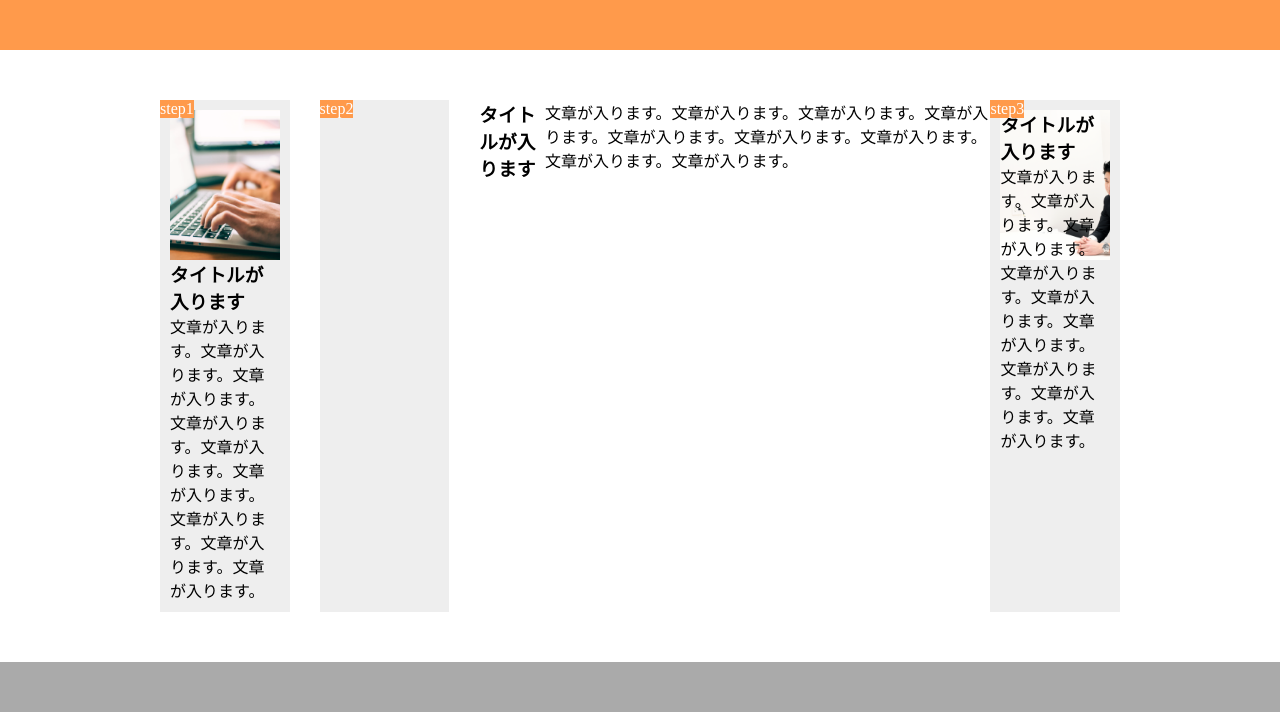
Repository: nashiworio1011/git-kadi1
Page: ennsyuu/chapter9.html
The author's editor kept a record of every edit. The page is drawn from the files as they stood at one moment, then again after the next edit.
The browser window is 1280 px wide. The pictures show the whole page.

Above is the page before.

After the next edit:
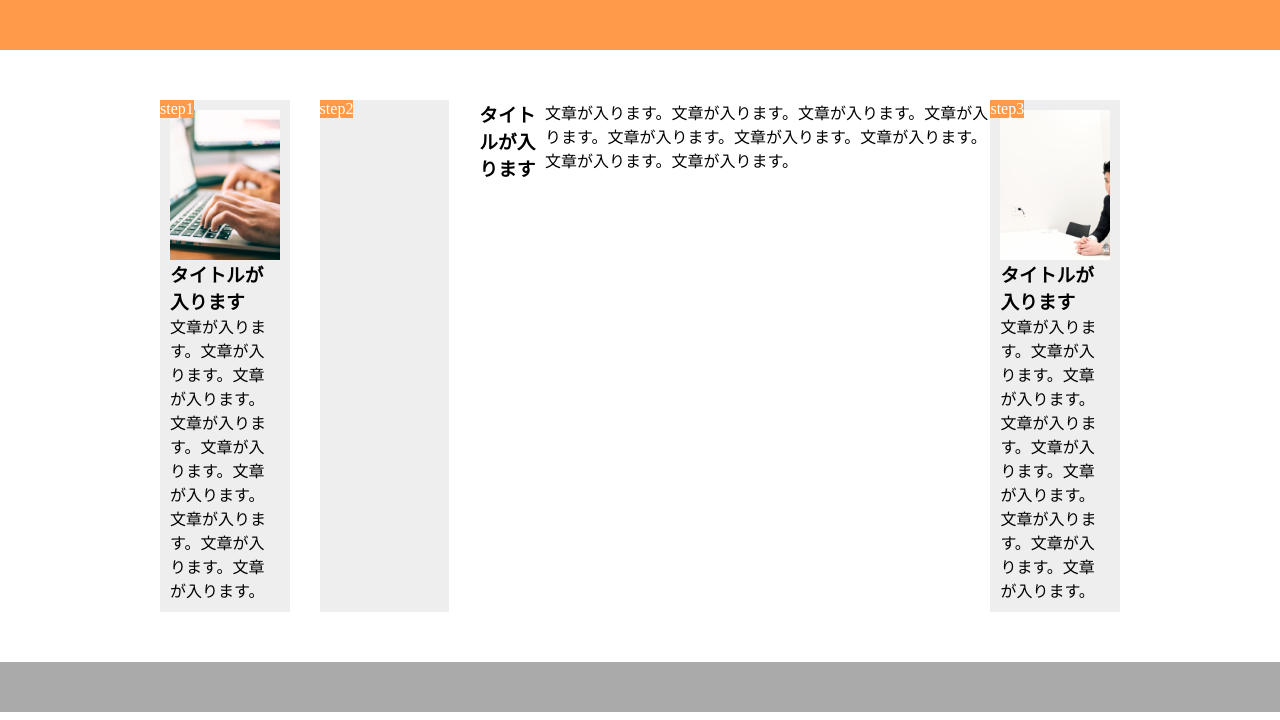
The edit:
--- a/ennsyuu/chapter9.html
+++ b/ennsyuu/chapter9.html
@@ -23,7 +23,7 @@
       </div>
       <div class="stepbox">
         <div class="step-num">step3</div>
-        <div class="step-img3">
+        <div class="step-img3"></div>
         <h3>タイトルが入ります</h3>
        <p>文章が入ります。文章が入ります。文章が入ります。文章が入ります。文章が入ります。文章が入ります。文章が入ります。文章が入ります。文章が入ります。</p>
       </div>
